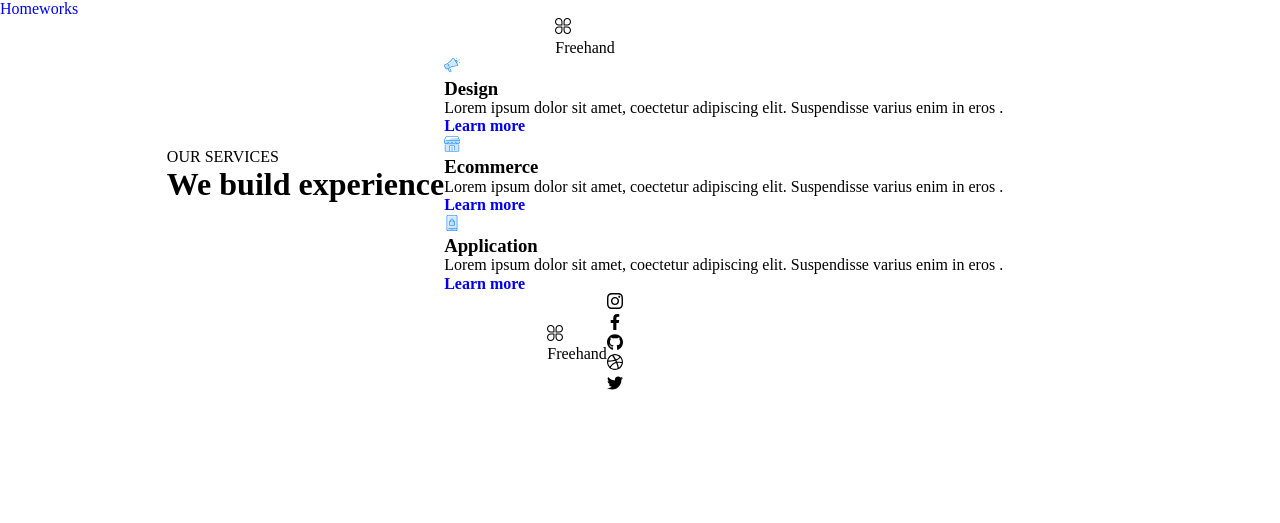
Repository: Tsiniavska/beetroot-test-project
Page: Homeworks/svg/index.html
The author's editor kept a copy of each file at every save. The page is drawn from the files as they stood at one save, then again after the next save.
The browser window is 1280 px wide. The pictures show the whole page.
Some web fonts or font styles are not loaded; a fallback is used.

Above is the page before, as saved 2024-02-28 18:41:44.

After the next save:
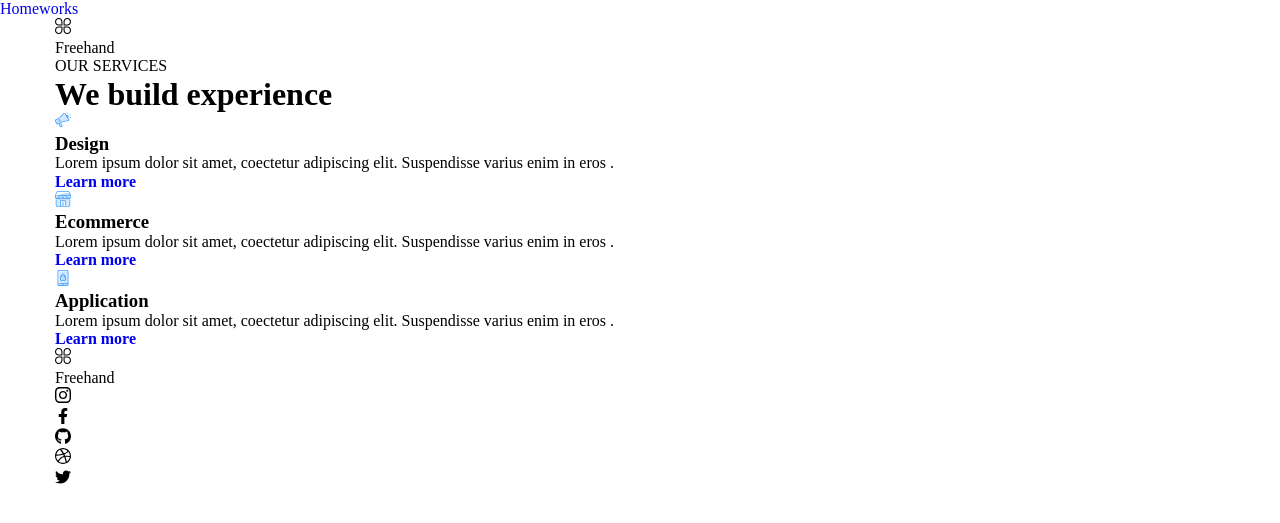
Saved 62 s later.
--- a/Homeworks/svg/index.css
+++ b/Homeworks/svg/index.css
@@ -1,7 +1,5 @@
 .wrapper {
   max-width: 1170px;
   width: 100%;
-  display: flex;
-  justify-content: center;
-  align-items: center;
+  margin: 0 auto;
 }
